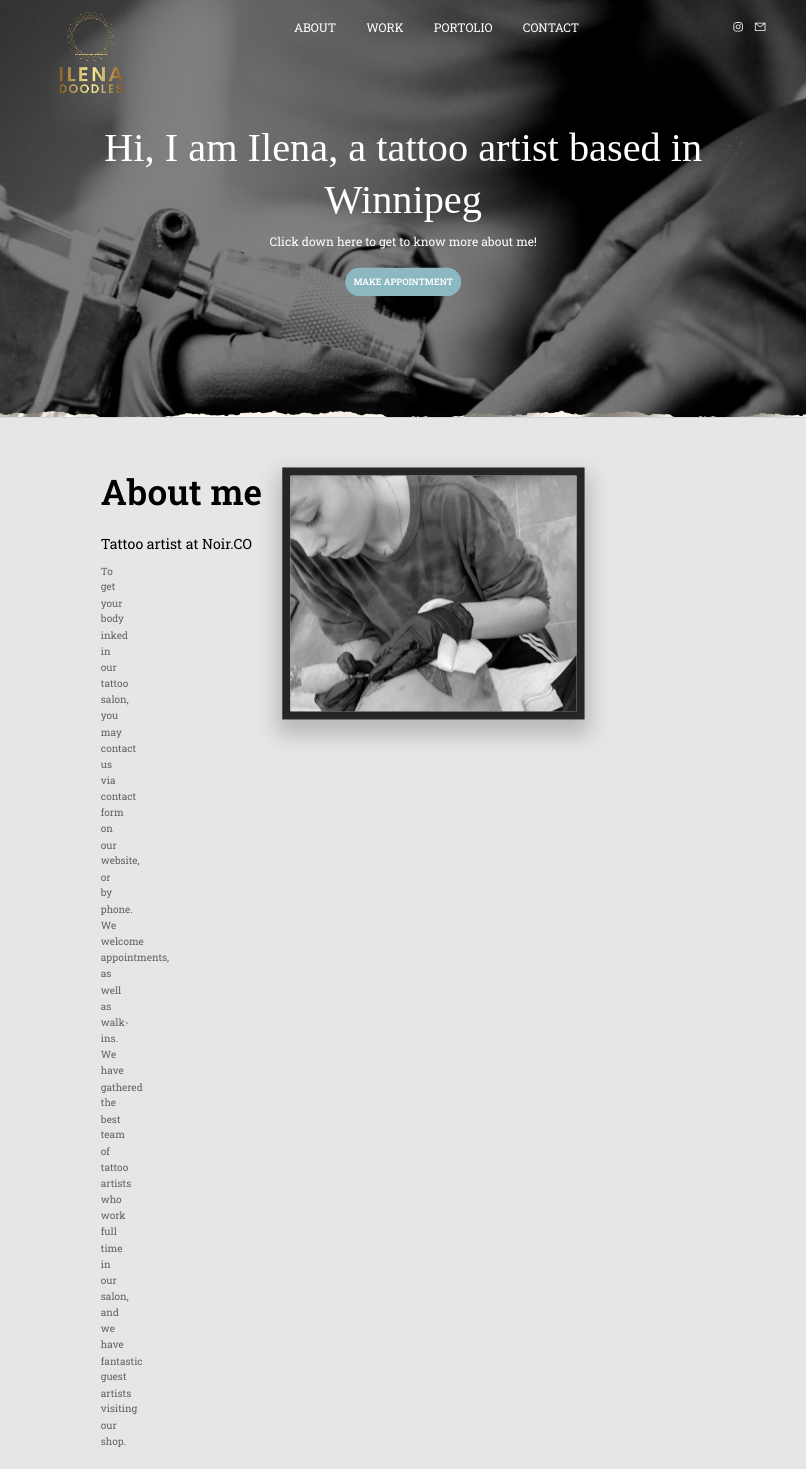
Repository: Leoka2000/Ilena
Page: /
An editor plug-in stored every save of this project. The page is shown before and after the next save, followed by the edit.
The browser window is 1280 px wide. The pictures show the whole page, at 63% of full size.
Some web fonts or font styles are not loaded; a fallback is used. The project was rebuilt for these pictures with package versions that can differ from the ones it lists, and the page was loaded fresh each time. Also part of the build but not shown: src/App.css.

Above is the page before, as saved 2023-03-02 23:46:46.

After the next save:
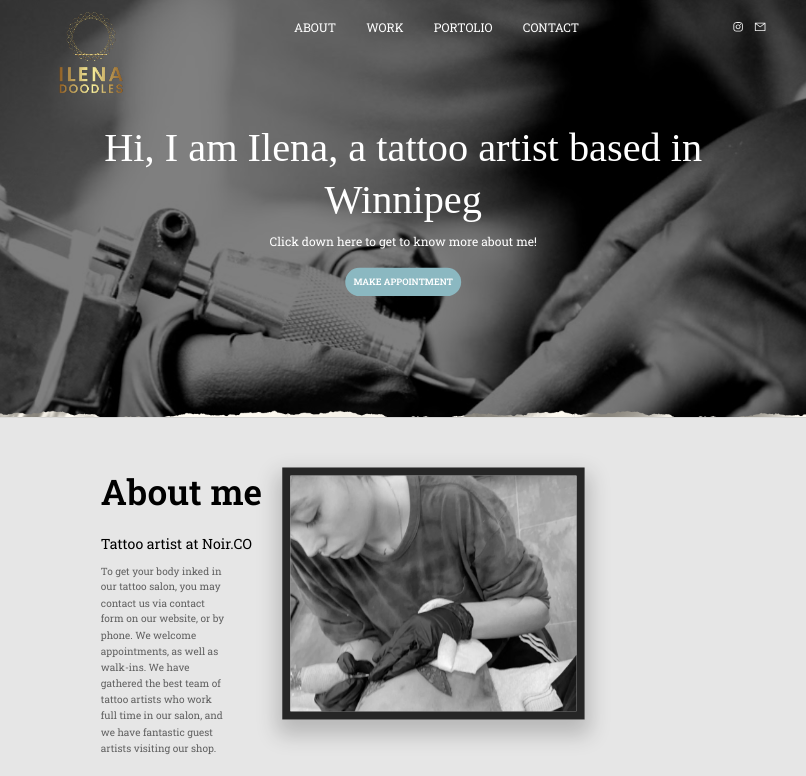
Saved 7 s later.
--- a/src/pages/about/about.css
+++ b/src/pages/about/about.css
@@ -16,7 +16,7 @@
 .left-about > p  {
     color: rgb(97, 97, 97);
     line-height: 1.6;
-    max-width: 20px;
+    max-width: 200px;
 
 
 }
